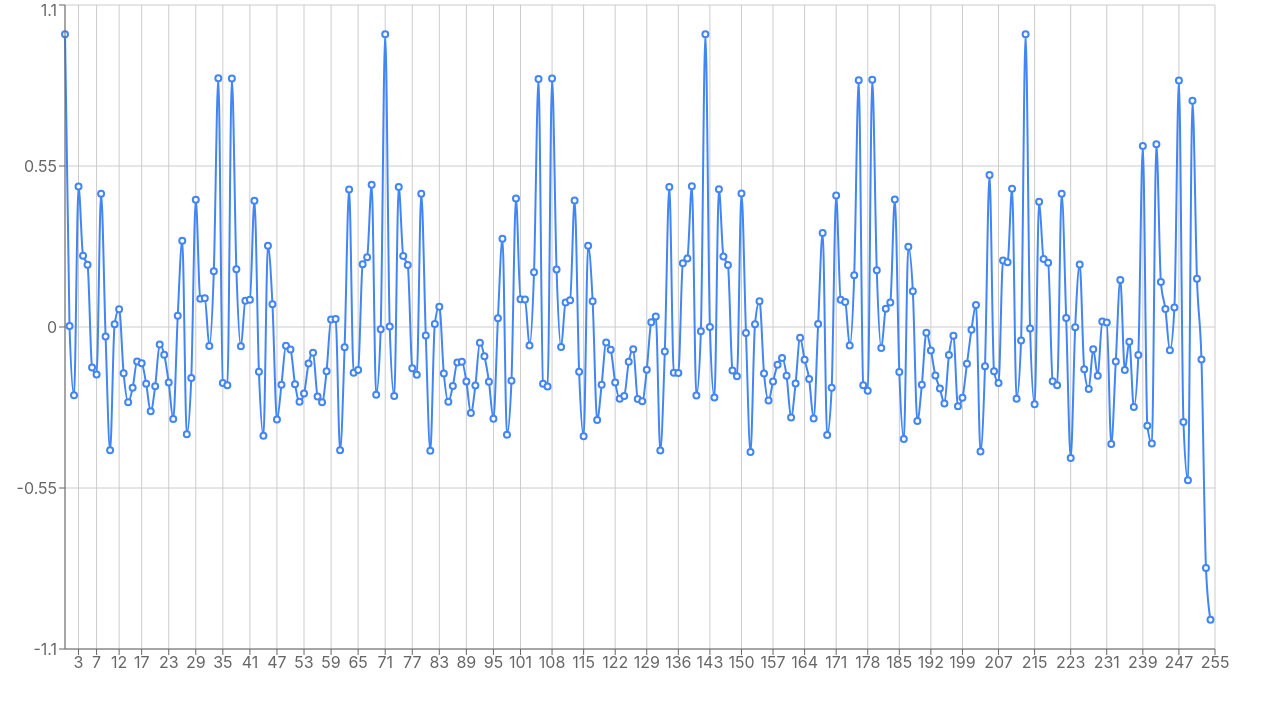
Repository: ivanburlakov/rts-labs
Page: / (app in lab1.2/)
These files come from the project's save history. The page is drawn as it stood at one moment and after the next save; the edit follows.
The browser window is 1280 px wide. The pictures show the whole page.
The project was rebuilt for these pictures with package versions that can differ from the ones it lists, and the page was loaded fresh each time.

Above is the page before, as saved 2021-04-23 14:35:29.

After the next save:
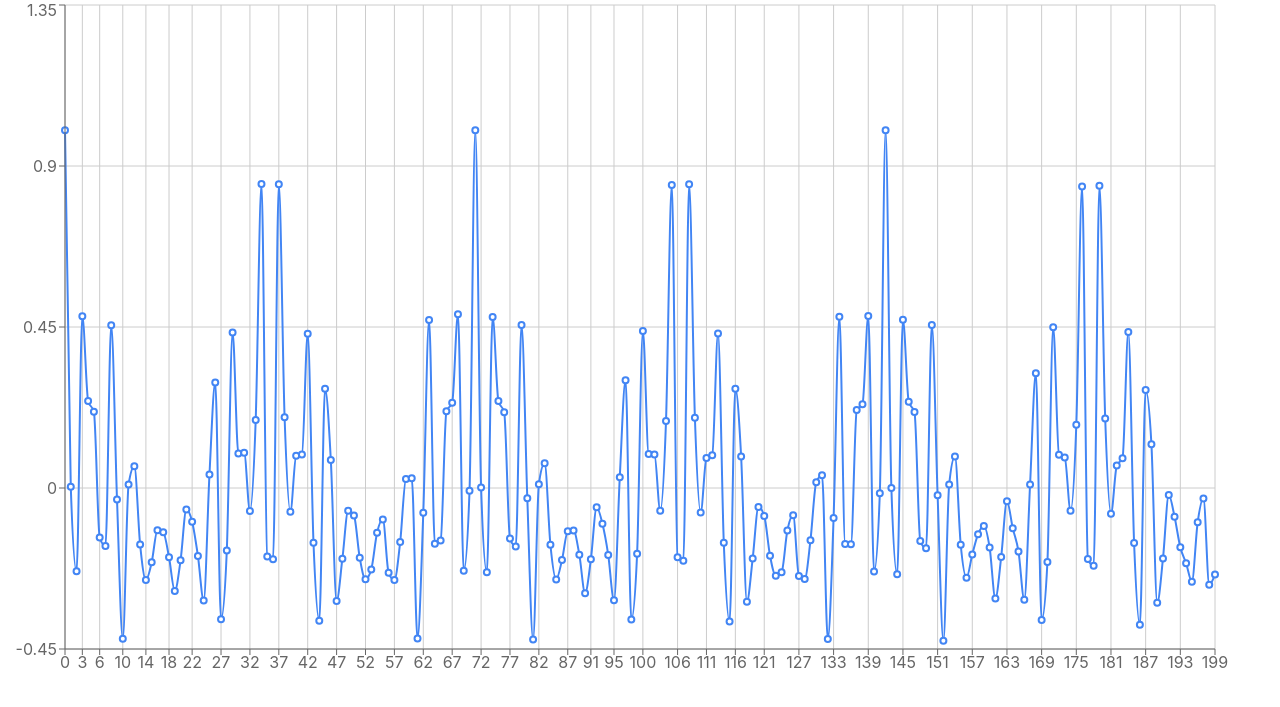
Saved 54 s later.
--- a/lab1.2/src/App.js
+++ b/lab1.2/src/App.js
@@ -78,7 +78,7 @@ function generateChart(harmonics, frequencyBorder, ticks) {
     }
     x.push(sum);
   }
-  for (let i = 0; i < ticks; i++) {
+  for (let i = 0; i < 200; i++) {
     const array = [];
     for (let t = i; t < x.length; t++) {
       array.push(x[t]);
